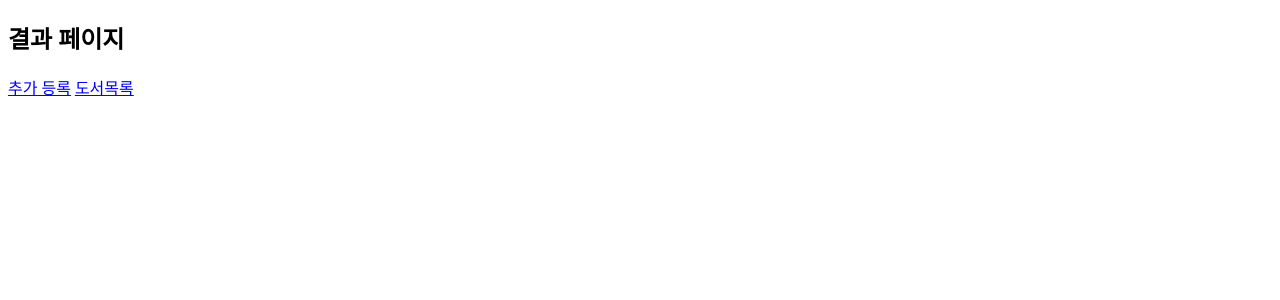
Repository: BaekDoHyeon/Kosta_04_FrontStudy
Page: http://localhost/workshop08_2/book/bookSuccess.jsp
These files come from the project's save history. The page is drawn as it stood at one moment and after the next save; the edit follows.
The browser window is 1280 px wide. The pictures show the whole page.
The page is served by Tomcat 9. Other server files are loaded and not shown.

Above is the page before, as saved 2024-09-04 01:22:05.

### work05_BackEnd/workshop08_2/src/main/webapp/book/bookSuccess.jsp
<%@ page language="java" contentType="text/html; charset=UTF-8"
    pageEncoding="UTF-8"%>
<!DOCTYPE html>
<html>
<head>
<meta charset="UTF-8">
<title>Insert title here</title>
</head>
<body>
<h2>결과 페이지</h2>
<p> ${param.bookTitle} ${msg}</p>
<a href="${pageContext.request.contextPath}/book/Book.jsp">추가 등록</a>
<a href="${pageContext.request.contextPath}/front.do?command=showBooks">도서목록</a>
</body>
</html>

After the next save:
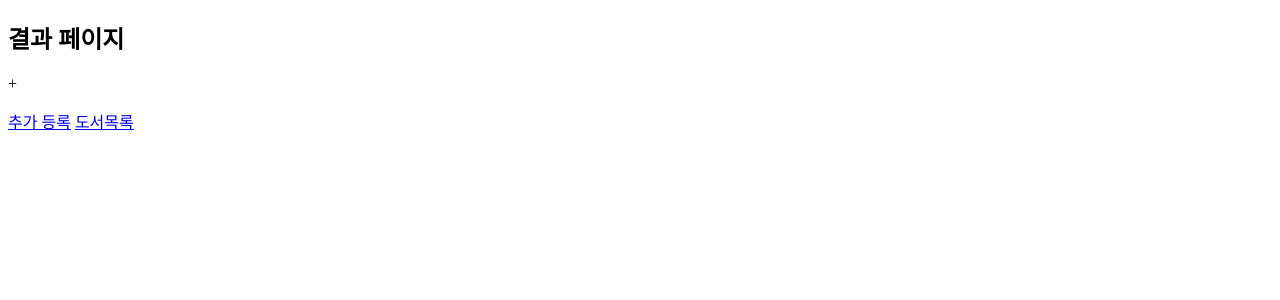
Saved 10 s later.
--- a/work05_BackEnd/workshop08_2/src/main/webapp/book/bookSuccess.jsp
+++ b/work05_BackEnd/workshop08_2/src/main/webapp/book/bookSuccess.jsp
@@ -8,7 +8,7 @@
 </head>
 <body>
 <h2>결과 페이지</h2>
-<p> ${param.bookTitle} ${msg}</p>
+<p> ${param.bookTitle} + ${msg}</p>
 <a href="${pageContext.request.contextPath}/book/Book.jsp">추가 등록</a>
 <a href="${pageContext.request.contextPath}/front.do?command=showBooks">도서목록</a>
 </body>
